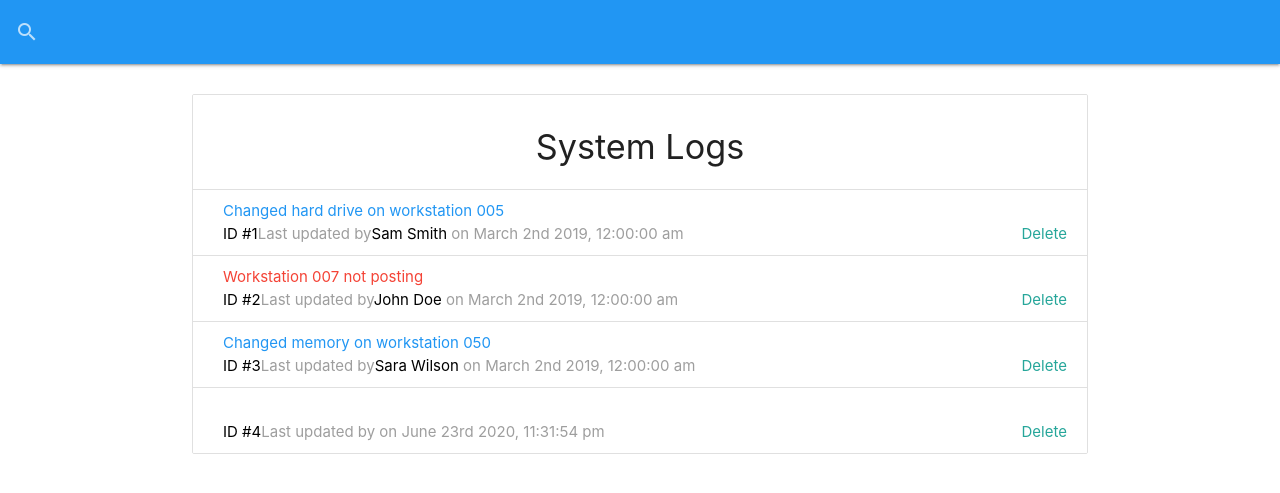
Repository: Takudzwa413/it-logger
Page: /
An editor plug-in stored every save of this project. The page is shown before and after the next save, followed by the edit.
The browser window is 1280 px wide. The pictures show the whole page.
The project was rebuilt for these pictures with package versions that can differ from the ones it lists, and the page was loaded fresh each time. Requests to the local data server were answered from the project's data file.

Above is the page before, as saved 2020-06-24 03:53:38.

After the next save:
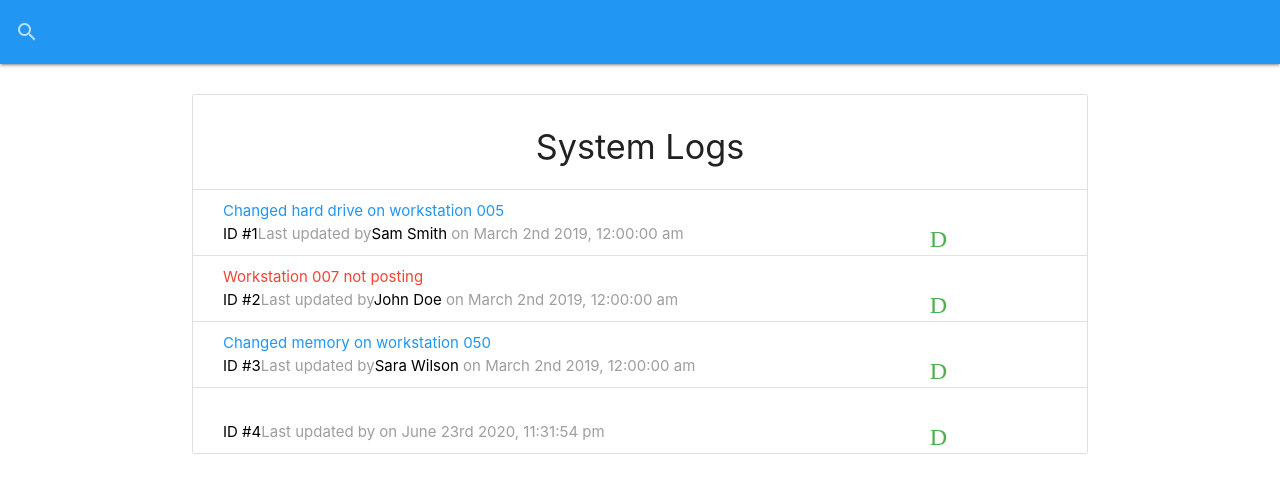
Saved 5 min 37 s later.
--- a/src/components/logs/LogItem.js
+++ b/src/components/logs/LogItem.js
@@ -21,7 +21,7 @@ const LogItem = ({ log }) => {
           <Moment format='MMMM Do YYYY, h:mm:ss a '>{log.date}</Moment>
         </span>
         <a href='#!' className='secondary-content'>
-          Delete
+          <i className='material-icons green-text'>Delete</i>
         </a>
       </div>
     </li>
